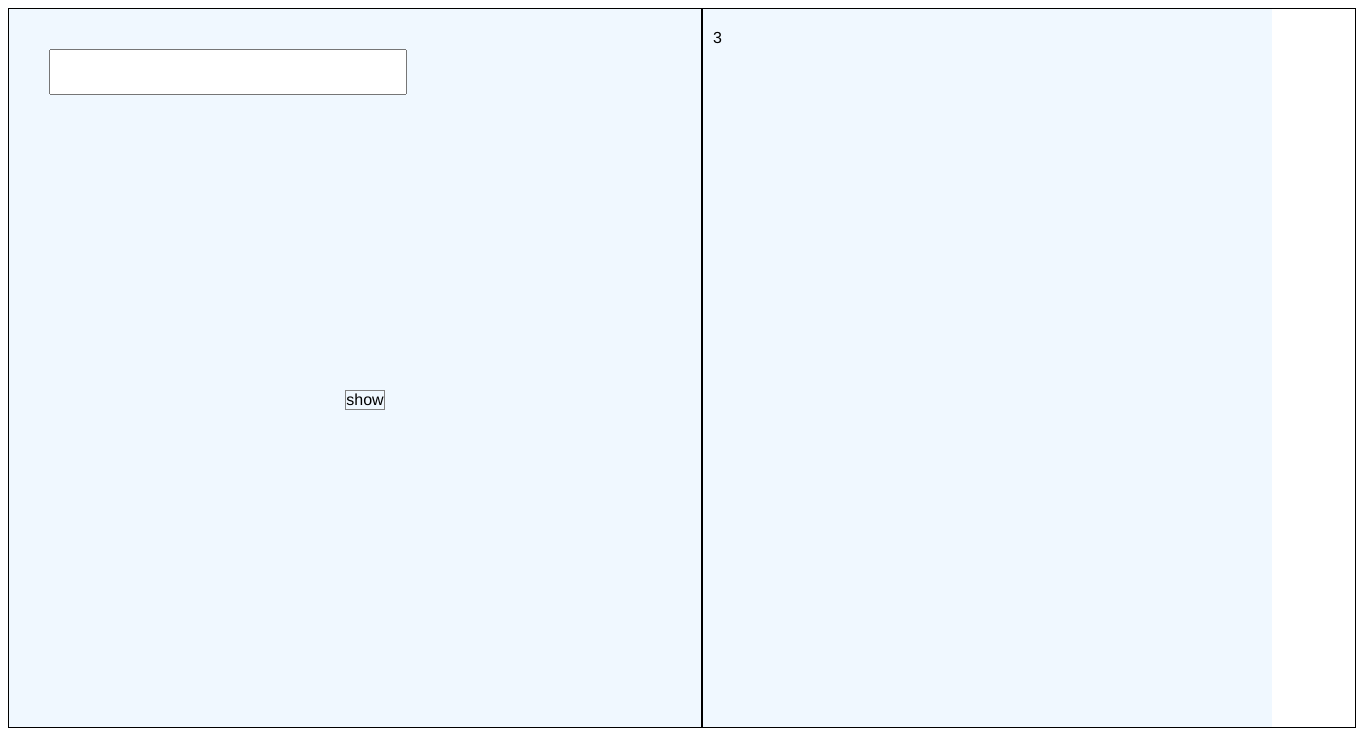
Repository: andrii1/react-gifs
Page: /
The author's editor kept a copy of each file at every save. The page is drawn from the files as they stood at one save, then again after the next save.
The browser window is 1280 px wide. The page is 1356 px wide, so the pictures cover 1356 px, including what lies to the right of the window. The pictures show the whole page.
The project was rebuilt for these pictures with package versions that can differ from the ones it lists, and the page was loaded fresh each time. Also part of the build but not shown: webpack.config.js.

Above is the page before, as saved 2022-03-02 15:22:02.

After the next save:
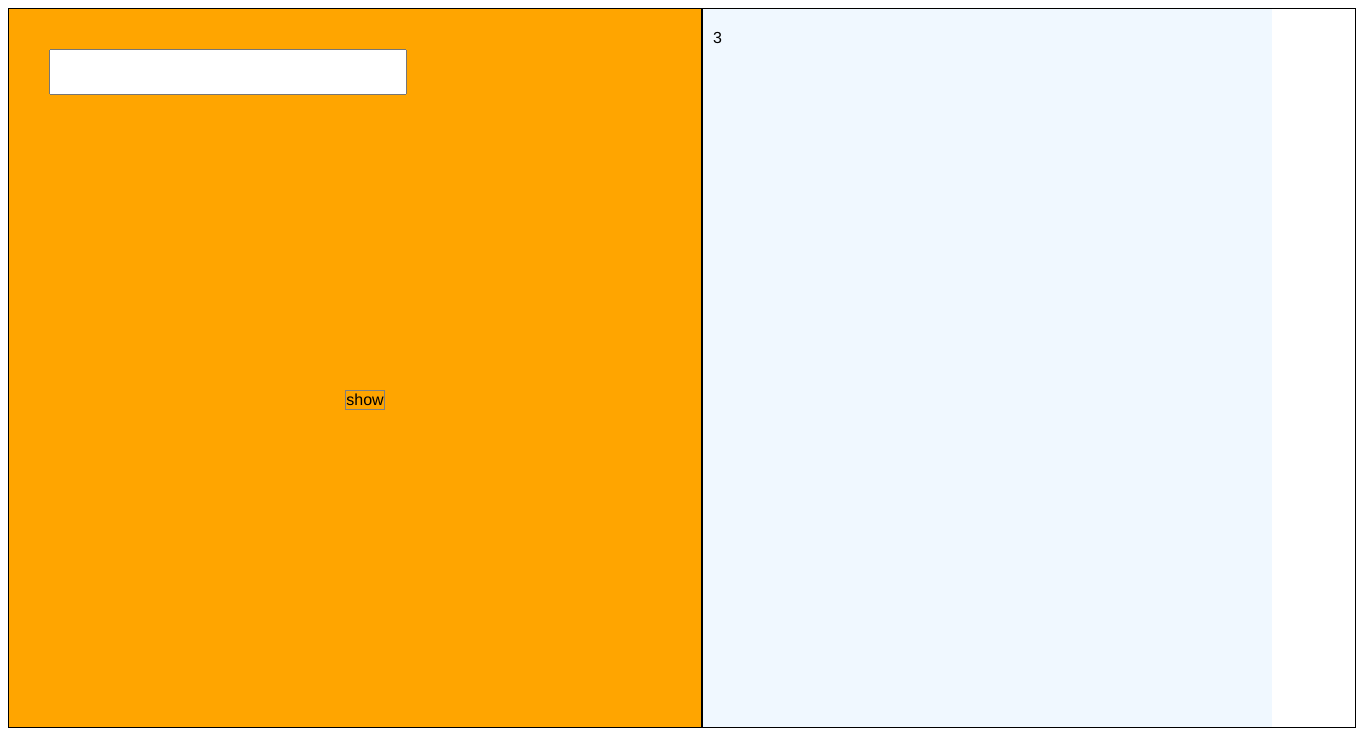
Saved 12 min 44 s later.
--- a/assets/stylesheets/application.scss
+++ b/assets/stylesheets/application.scss
@@ -19,6 +19,7 @@ body {
   flex: 0 0 50%;
   border: black 1px solid;
   padding: 20px 20px 20px 40px;
+  background-color: orange;
 }
 
 .right {
